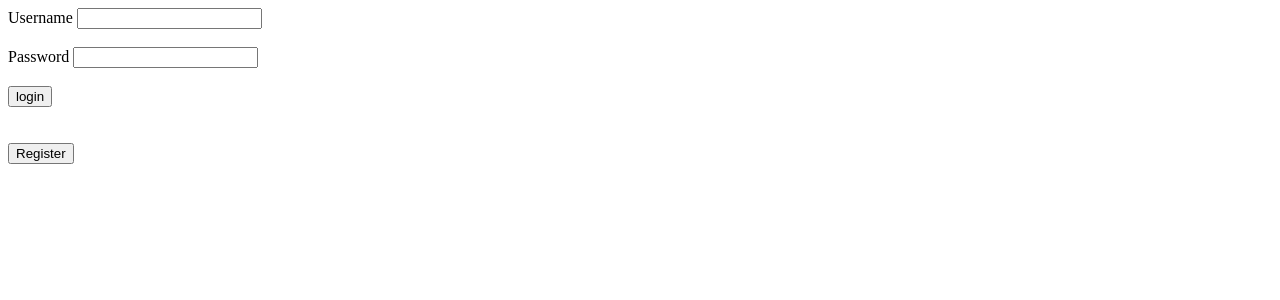
Repository: TraceMears/PerScholas
Page: http://localhost/SalahCookieExercise/Login.jsp
An editor plug-in stored every save of this project. The page is shown before and after the next save, followed by the edit.
The browser window is 1280 px wide. The pictures show the whole page.
The page is served by Tomcat 9.

Above is the page before, as saved 2019-10-30 14:22:25.

After the next save:
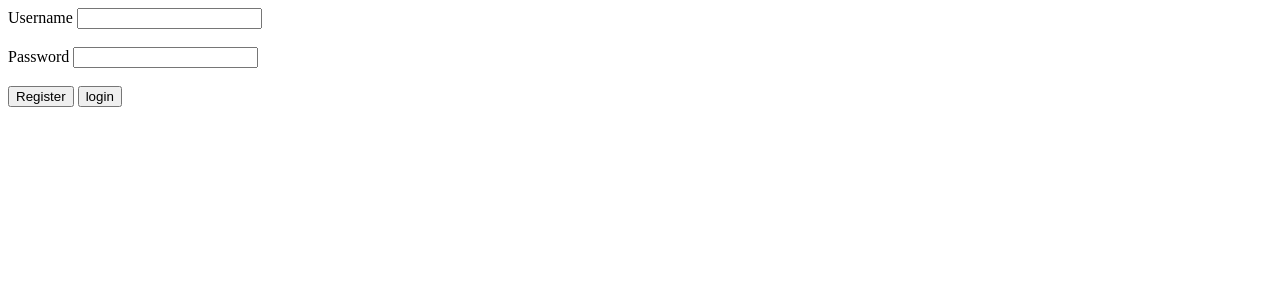
Saved 10 s later.
--- a/SalahCookieExercise/WebContent/Login.jsp
+++ b/SalahCookieExercise/WebContent/Login.jsp
@@ -16,10 +16,11 @@
         <input type="text" name="password" />
         <br/> <br/>
 
+        <input type="submit" value="Register" name="register">
         <input type="submit" name="submit" value="login">
     </form>
     <br> <br>
-    <input type="submit" value="Register" name="register">
+
 
 
 </body>
